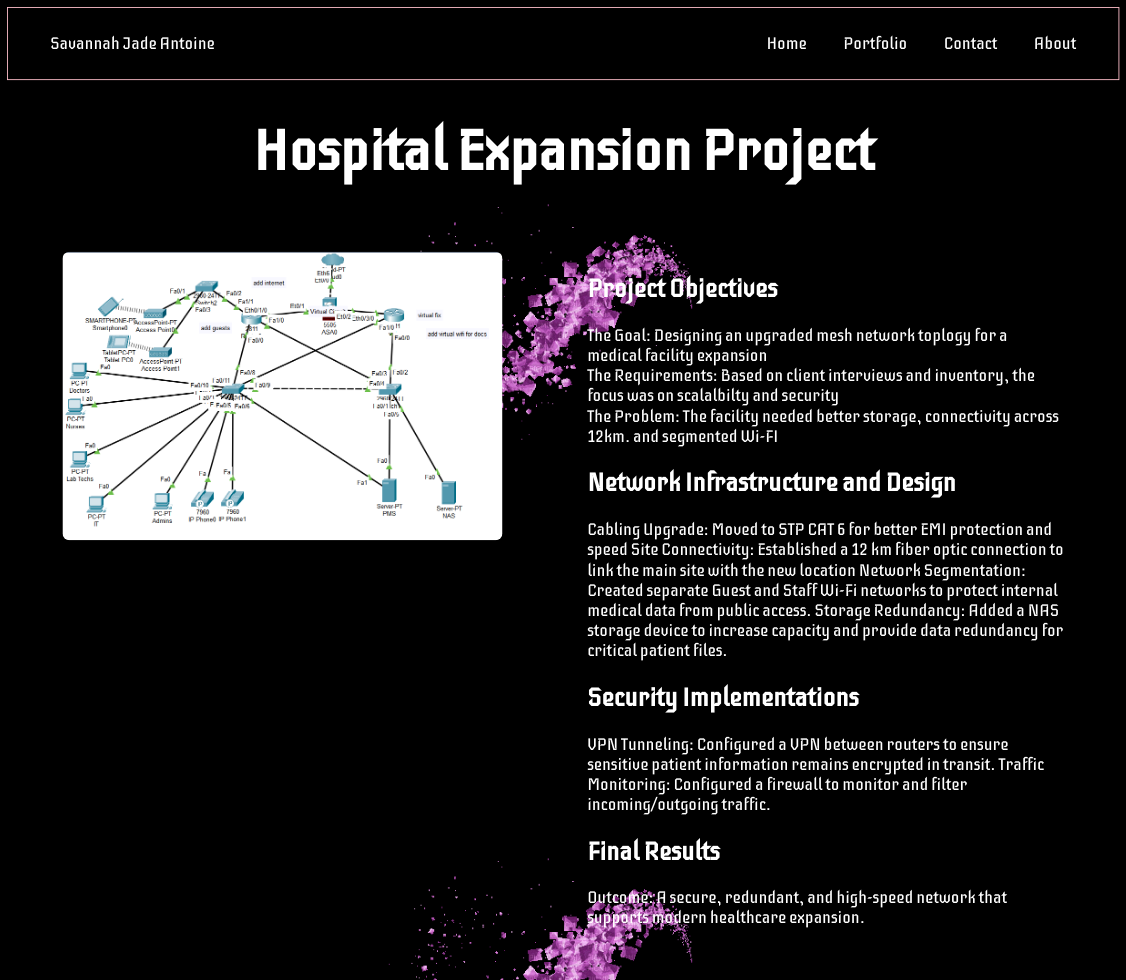
Repository: Savannah-Antoine/Savannah-Antoine
Page: pages/project-name-1.html
The author's editor kept a copy of each file at every save. The page is drawn from the files as they stood at one save, then again after the next save.
The browser window is 1280 px wide. The pictures show the whole page, at 88% of full size.
Backgrounds fixed to the window are drawn as part of the page.

Above is the page before, as saved 2026-05-16 02:42:17.

### pages/project-name-1.html
<!DOCTYPE html>
<html lang="en">
<head>
    <meta charset="UTF-8">
    <meta name="viewport" content="width=device-width, initial-scale=1.0">
    <link rel = "stylesheet" href = "../styles/page.css" />
    <link rel = "stylesheet" href = "../styles/globals.css" />
    <title>Document</title>
</head>
<body>
<header>
<nav>
        <ul class = "navigation">
  <li><a href="../index.html">Home</a></li>
  <li><a href="../pages/portfolioPage.html">Portfolio</a></li>
  <li><a href="../pages/contact.html">Contact</a></li>
  <li><a href="../pages/about.asp">About</a></li>
        </ul>

        <ul class = "homeButton">
           <li><a   href = "../index.html">Savannah Jade Antoine</a></li>
        </ul>
</nav>
    <h1>Hospital Expansion Project</h1>
</header>
<main class = "container">


<div class = "project-visuals">
<img src = "../assets/images/Project1.png" alt = "First Portfolio placeholder image" />
</div>
<div class = "project-details">
<section>
<h2>Project Objectives</h2>
    <p>
        The Goal: Designing an upgraded mesh network toplogy for a medical facility expansion<br>
        The Requirements: Based on client interviews and inventory, the focus was on scalalbilty and security<br>
        The Problem: The facility needed better storage, connectivity across 12km. and segmented Wi-FI
    </p>
<h2>Network Infrastructure and Design</h2>
<p>
    Cabling Upgrade: Moved to STP CAT 6 for better EMI protection and speed
    Site Connectivity: Established a 12 km fiber optic connection to link the main site with the new location
    Network Segmentation: Created separate Guest and Staff Wi-Fi networks to protect internal medical data from public access.
     Storage Redundancy: Added a NAS storage device to increase capacity and provide data redundancy for critical patient files.
</p>


<h2>Security Implementations</h2>
<p>
VPN Tunneling: Configured a VPN between routers to ensure sensitive patient information remains encrypted in transit.

Traffic Monitoring: Configured a firewall to monitor and filter incoming/outgoing traffic.

</p>


<h2>Final Results</h2>

<p>
    Outcome: A secure, redundant, and high-speed network that supports modern healthcare expansion.
</p>
</section>
</div>



</main>

</body>
</html>

### styles/page.css


.project-details{
    text-align: left;
    justify-content: center;
}


img {
    width: 100%;
    max-width: 500px; /* Increased slightly for detail */
    height: auto;
    border-radius: 0.5rem;
}

.container {
    display: flex;
    flex-direction: column;
    align-items: center;
    gap: 6rem;
    padding: 2rem 5%;
}

@media screen and (min-width: 768px) {

    .project-details {
        flex: 1;
        text-align: left;
    }
}

### styles/globals.css
@font-face{

    font-family:"ice";
    src: url(../assets/fonts/Iceberg-Regular.ttf)
}

body {
    background-color: black;
  background-image: url(../assets/images/background-pic.gif);
  background-repeat: no-repeat;
  background-size: cover;
  background-attachment: fixed;
  background-position: center;
  min-height: 100vh;
  color: white;
  font-size: 1rem;
  text-align: center;
  font-family: "ice", serif, 'Times New Roman';
}

.homeButton{
  order: -1;
  list-style-type: none;
  margin: 0;
  padding: 0;
  display: flex;
  justify-content: left;

}

.navigation {
    display: grid;
    grid-template-columns: repeat(2, 1fr);
    gap: 0.6rem;
    text-align: right;
}




nav {
    display: flex;
    justify-content: space-between;
    align-items: center;
    padding: 1rem 2rem;

    border: 0.1rem solid pink;
    cursor: pointer;


}



nav ul {
    display: flex;
    list-style: none;
    gap: 1rem;
    margin: 0;
    padding: 0;
}
button {
    padding: 0.7rem 1.2rem;
    background-color: transparent;
    color: white;
    border: 0.1rem solid pink;
    cursor: pointer;
    transition: all 0.3s ease;
    border-radius: 0.2rem;
    gap: 1rem;
    font-family: "ice", serif, 'Times New Roman';
}
button:hover {
    background-color: pink;
    color: rgb(31, 1, 31);
    transform: translateY(-3px);
    box-shadow: 0 0.3rem 1rem rgba(255, 255, 255, 0.3);
}

.infoButtons {
    display: flex;
    justify-content: center;
    gap: 1.5rem;
    margin-top: 1.4rem;
    min-width: 100px;
    padding: 0.7rem 0.9rem;
}

li a {
  display: block;
  color: white;
  padding: 0.8rem 1rem;
  text-decoration: none;
}

ul li a:hover {
 background-color: pink;
  color: rgb(31, 1, 31);
  box-shadow: 0 0.5rem 0.9rem rgba(255, 255, 255, 0.3)
}

h1{

  font-size: 4rem;
}

@media screen and (min-width: 768px)
{

    body{
        font-size: 1.2rem;
    }


    #AboutMe img {
        width: 300px;
        border-radius: 0.3rem;
    }
   body h1 {
        font-size: 4rem;
    }
    .container {

        flex-direction: row;
        flex-wrap: wrap;
        align-items: flex-start;
        justify-content: space-around;
    }
    .project-card {
        width: 30%;
        min-width: 250px;
        text-align: center;
    }
    .project-card img{
       width: 100%;
    height: 250px;
    object-fit: cover;
    object-position: top;
    border-radius: 0.5rem;


    }


    .navigation{
        display:flex;
    }

}


@media screen and (min-width: 1000px)
{
    .container {
        margin: 0 auto;
    }
    .aboutMe {
        flex-direction: row;
        justify-content: center;
        align-items: flex-start;
        text-align: left;
        gap: 4rem;

    }
    #AboutMe
    {
        padding: 50px 10%;
        text-align: center;
        align-items:center;
        justify-content: center;
        max-width: 1000px;
    }

}

After the next save:
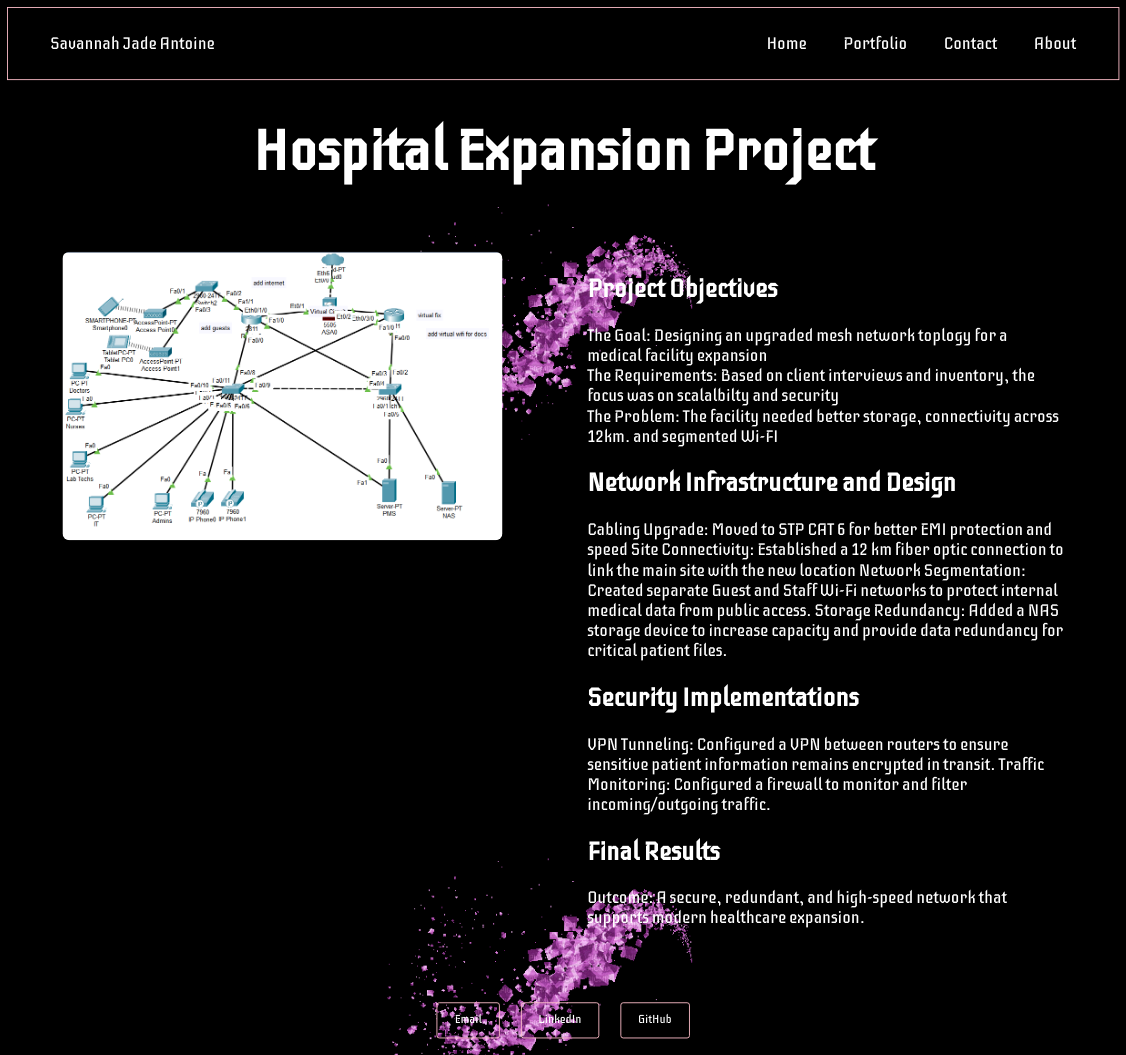
Saved 88 s later.
--- a/pages/project-name-1.html
+++ b/pages/project-name-1.html
@@ -66,6 +66,12 @@ Traffic Monitoring: Configured a firewall to monitor and filter incoming/outgoin
 
 
 </main>
-
+<footer>
+ <div class = "infoButtons">
+        <a href="mailto:savannahjadeantoine@gmail.com" ><button>Email</button></a>
+        <a href="https://linkedin.com/in/savannah-antoine-ab0756390" target="_blank"><button>LinkedIn</button></a>
+        <a href="https://github.com/Savannah-Antoine" target="_blank"><button>GitHub</button></a>
+    </div>
+</footer>
 </body>
 </html>
